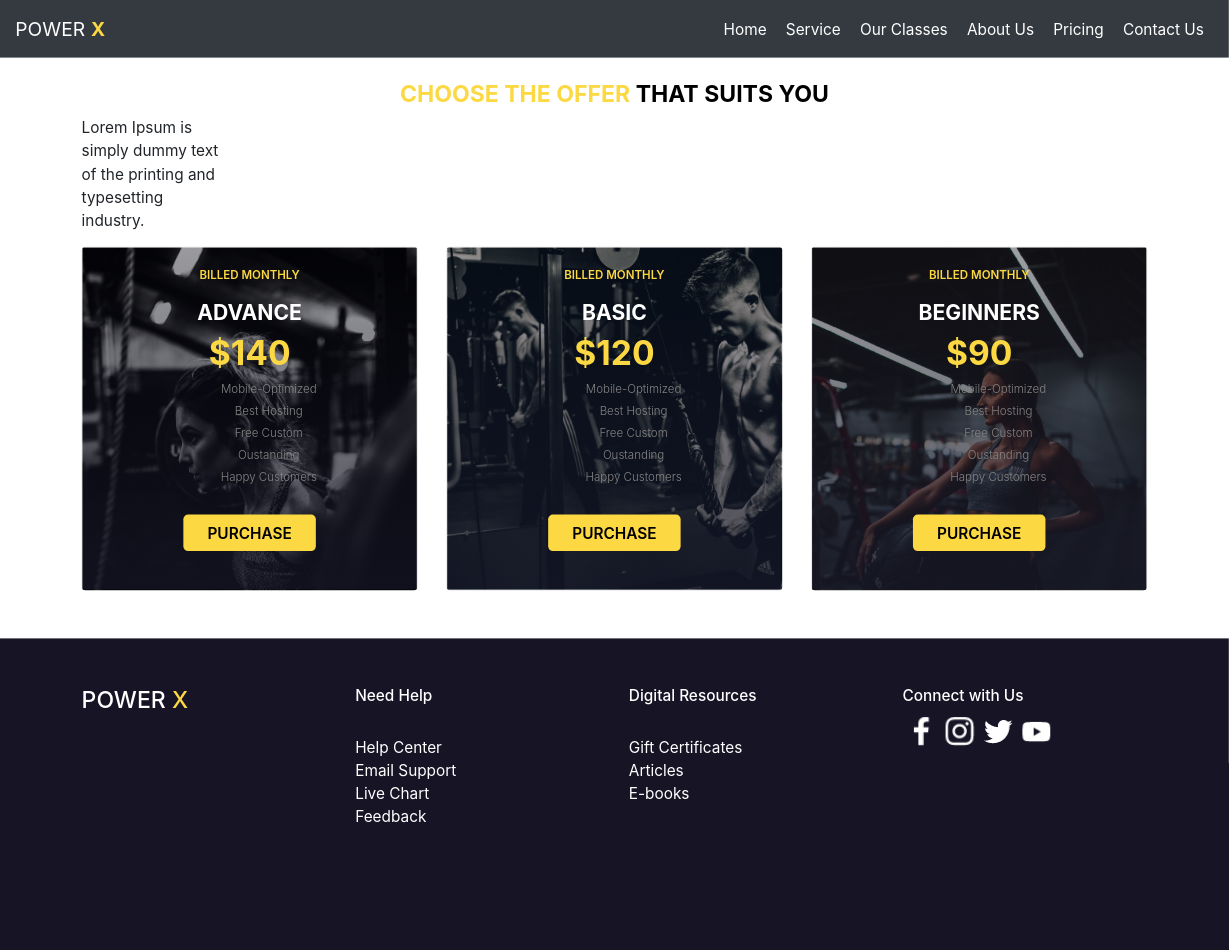
Repository: arif286/power-x-gym
Page: /pricing
An editor plug-in stored every save of this project. The page is shown before and after the next save, followed by the edit.
The browser window is 1280 px wide. The pictures show the whole page, at 96% of full size.
The project was rebuilt for these pictures with package versions that can differ from the ones it lists, and the page was loaded fresh each time. Also part of the build but not shown: src/components/Classes/Classes.js, src/components/About/About.js, src/components/ChooseUs/ChooseUs.js, src/components/Programs/Programs.css, src/components/Programs/Programs.js, src/components/WorkOut/WorkOut.css, src/components/WorkOut/WorkOut.js, src/components/Home/Home.js.

Above is the page before, as saved 2021-04-08 00:08:13.

### src/index.js
import React from 'react';
import ReactDOM from 'react-dom';
import App from './App';
import "./index.css";
import reportWebVitals from './reportWebVitals';
ReactDOM.render(
  <React.StrictMode>
    <App />
  </React.StrictMode>,
  document.getElementById('root')
);

// If you want to start measuring performance in your app, pass a function
// to log results (for example: reportWebVitals(console.log))
// or send to an analytics endpoint. Learn more: https://bit.ly/CRA-vitals
reportWebVitals();

### src/App.js
import "bootstrap/dist/css/bootstrap.min.css";
import React from 'react';
import { BrowserRouter as Router, Route, Switch } from "react-router-dom";
import Classes from "./components/Classes/Classes";
import Footer from "./components/Footer/Footer";
import Header from './components/Header/Header';
import Home from './components/Home/Home';
import PricingPlan from "./components/PricingPlan/PricingPlan";
function App() {
  return (
    <div>
      <Router>
        <Header />
        <Switch>
          <Route path="/home">
            <Home />
          </Route>
          <Route path="/classes">
            <Classes/>
          </Route>
          <Route path='/pricing'>
            <PricingPlan/>
          </Route>
          <Route exact path="/">
            <Home />
          </Route>
        </Switch>
        <Footer />
      </Router>
    </div>
  );
}

export default App;

### src/components/Footer/Footer.js
import React from "react";
import { Col, Container, Row } from "react-bootstrap";
import { NavLink } from "react-router-dom";
import Facebook from "../../power-x-gym/Image & Icon/bxl-facebook.png";
import Instagram from "../../power-x-gym/Image & Icon/bxl-instagram.png";
import Twitter from "../../power-x-gym/Image & Icon/bxl-twitter.png";
import YouTube from "../../power-x-gym/Image & Icon/bxl-youtube.png";
import "./Footer.css";
const Footer = () => {
  return (
    <footer>
      <Container>
        <Row className="footer-title">
          <Col xs={12} sm={6} md={3} className="pb-5">
            <h4 style={{ color: "white" }}>
              POWER <span style={{ color: "#fcd842" }}>X</span>
            </h4>
          </Col>
          <Col xs={12} sm={6} md={3} className="pb-5">
            <h6>Need Help</h6>
            <ul className="footer-link">
              <li>
                <NavLink className="company-list" to="/">
                  Help Center
                </NavLink>
              </li>
              <li>
                <NavLink className="company-list" to="/">
                  {" "}
                  Email Support
                </NavLink>
              </li>
              <li>
                <NavLink className="company-list" to="/">
                  Live Chart
                </NavLink>
              </li>
              <li>
                <NavLink className="company-list" to="/">
                  Feedback
                </NavLink>
              </li>
            </ul>
          </Col>
          <Col xs={12} sm={6} md={3} className="pb-5">
            <h6>Digital Resources</h6>
            <ul className="footer-link">
              <li>
                <NavLink className="company-list" to="/">
                  Gift Certificates
                </NavLink>
              </li>
              <li>
                <NavLink className="company-list" to="/">
                  Articles
                </NavLink>
              </li>
              <li>
                <NavLink className="company-list" to="/">
                  E-books
                </NavLink>
              </li>
            </ul>
          </Col>
          <Col xs={12} sm={6} md={3} className="pb-5">
            <h6>Connect with Us</h6>
            <div className="social-link">
              <p>
                <a href="/">
                  <img className="social-img" src={Facebook} alt="" />
                </a>
              </p>
              <p className="social-link">
                <a href="/">
                  <img className="social-img" src={Instagram} alt="" />
                </a>
              </p>
              <p>
                <a href="/">
                  <img className="social-img" src={Twitter} alt="" />
                </a>
              </p>
              <p>
                <a href="/">
                  <img className="social-img" src={YouTube} alt="" />
                </a>
              </p>
            </div>
          </Col>
        </Row>
      </Container>
    </footer>
  );
};

export default Footer;

### src/components/Header/Header.js
import React from "react";
import { Nav, Navbar } from "react-bootstrap";
import { NavLink } from "react-router-dom";
import './Header.css';
const Header = () => {
  return (
    <div>
      <Navbar bg="dark" variant="dark" expand="lg">
        <Navbar.Brand href="#home">
          POWER
          <span
            style={{ color: "#FCD842", marginLeft: "6px", fontWeight: 700 }}
          >
            X
          </span>
        </Navbar.Brand>
        <Navbar.Toggle aria-controls="basic-navbar-nav" />
        <Navbar.Collapse id="basic-navbar-nav">
          <Nav className="ml-auto">
            <NavLink className="header-link" to="/home">
              Home
            </NavLink>
            <NavLink className="header-link" to="#features">
              Service
            </NavLink>
            <NavLink className="header-link" to="/classes">
              Our Classes
            </NavLink>
            <NavLink className="header-link" to="/features">
              About Us
            </NavLink>
            <NavLink className="header-link" to="/pricing">
              Pricing
            </NavLink>
            <NavLink className="header-link" to="/pricing">
              Contact Us
            </NavLink>
          </Nav>
        </Navbar.Collapse>
      </Navbar>
      <br />
    </div>
  );
};

export default Header;

### src/components/PricingPlan/PricingPlan.js
import React from "react";
import { Card, Col, Container, Row } from "react-bootstrap";
import "./PricingPlan.css";

const PricingPlan = () => {
  return (
    <Container>
      <h4
        style={{
          textTransform: "uppercase",
          fontWeight: 700,
                  color: "#fcd842",
          textAlign:'center'
        }}
      >
        choose the offer <span style={{ color: "black" }}>that suits you</span>
      </h4>
          <p style={{
              display: "inline-block",
          width:'150px'}}>
        Lorem Ipsum is simply dummy text of the printing and typesetting
        industry.
      </p>
      <Row className="row-cols-1 row-cols-sm-3">
        <Col>
          <Card className="advance-plan price-card">
            <Card.Body>
              <p>billed monthly</p>
              <h6>advance</h6>
              <h6 style={{ color: "#fcd842", fontSize: "35px" }}>$140</h6>
              <ul className="price-plan">
                <li>Mobile-Optimized</li>
                <li>Best Hosting</li>
                <li>Free Custom</li>
                <li>Oustanding</li>
                <li>Happy Customers</li>
              </ul>
              <button className="purchase-btn">purchase</button>
            </Card.Body>
          </Card>
        </Col>
        <Col>
          <Card className="basic-plan price-card">
            <Card.Body>
              <p>billed monthly</p>
              <h6>basic</h6>
              <h6 style={{ color: "#fcd842", fontSize: "35px" }}>$120</h6>
              <ul className="price-plan">
                <li>Mobile-Optimized</li>
                <li>Best Hosting</li>
                <li>Free Custom</li>
                <li>Oustanding</li>
                <li>Happy Customers</li>
              </ul>
              <button className="purchase-btn">purchase</button>
            </Card.Body>
          </Card>
        </Col>
        <Col>
          <Card className="beginner-plan price-card">
            <Card.Body>
              <p>billed monthly</p>
              <h6>beginners</h6>
              <h6 style={{ color: "#fcd842", fontSize: "35px" }}>$90</h6>
              <ul className="price-plan">
                <li>Mobile-Optimized</li>
                <li>Best Hosting</li>
                <li>Free Custom</li>
                <li>Oustanding</li>
                <li>Happy Customers</li>
              </ul>
              <button className="purchase-btn">purchase</button>
            </Card.Body>
          </Card>
        </Col>
      </Row>
    </Container>
  );
};

export default PricingPlan;

### src/components/Footer/Footer.css
footer {
  background-color: #171426;
  padding-top: 50px;
  padding-bottom: 80px;
  margin-top: 50px;
}
.footer-link {
  list-style: none;
  display: inline;
}
.company-list {
  text-decoration: none;
  color: white;
}
.company-list:hover {
  color: hotpink;
  text-decoration: none;
}
.social-link {
  display: flex;
}

.social-img {
  width: 30px;
  height: 30px;
  object-fit: contain;
}

.social-link p {
  padding: 5px;
  display: inline;
}

.social-link p a img:hover {
  background-color: #257cc3;
}
.footer-title h6 {
  color: white;
}

### src/components/Header/Header.css
.header-link {
  text-decoration: none !important;
  color: white;
  padding: 10px;
}
.header-link:hover {
  color: gray;
}

### src/components/PricingPlan/PricingPlan.css
.advance-plan {
  background-image: linear-gradient(#0708115e, #151626c4),
    url("../../power-x-gym/Image & Icon/hipcravo-5UbIqV58CW8-unsplash.jpg");
  background-repeat: no-repeat;
  background-size: cover;
}
.basic-plan {
  background-image: linear-gradient(#0708115e, #151626c4),
    url("../../power-x-gym/Image & Icon/daniel-apodaca-WdoQio6HPVA-unsplash.jpg");
  background-repeat: no-repeat;
  background-size: cover;
}
.beginner-plan {
  background-image: linear-gradient(#0708115e, #151626c4),
    url("../../power-x-gym/Image & Icon/penguinuhh-8VI6WwEEEHw-unsplash.jpg");
  background-repeat: no-repeat;
  background-size: cover;
}
.price-card {
  text-align: center;
}
.price-card p {
  color: #fcd842;
  text-transform: uppercase;
  font-size: 12px;
  font-weight: 600;
}

.price-card h6 {
  color: white;
  text-transform: uppercase;
  font-weight: 700;
  font-size: 22px;
}
.price-plan {
  list-style: none;
  margin-bottom: 25px;
  text-align: center;
  overflow: hidden;
}
.price-plan li {
  color: #868484;
  font-size: 12px;
  font-weight: 300;
  padding-bottom: 5px;
}
.purchase-btn {
  outline: none;
  padding: 7px 25px;
  border: none;
  background-color: #fcd842;
  border-radius: 5px;
  text-transform: uppercase;
  font-weight: 600;
  margin-bottom: 20px;
}

Loaded but not shown: public/index.html (common file); src/index.css (common file); src/reportWebVitals.js (common file)

After the next save:
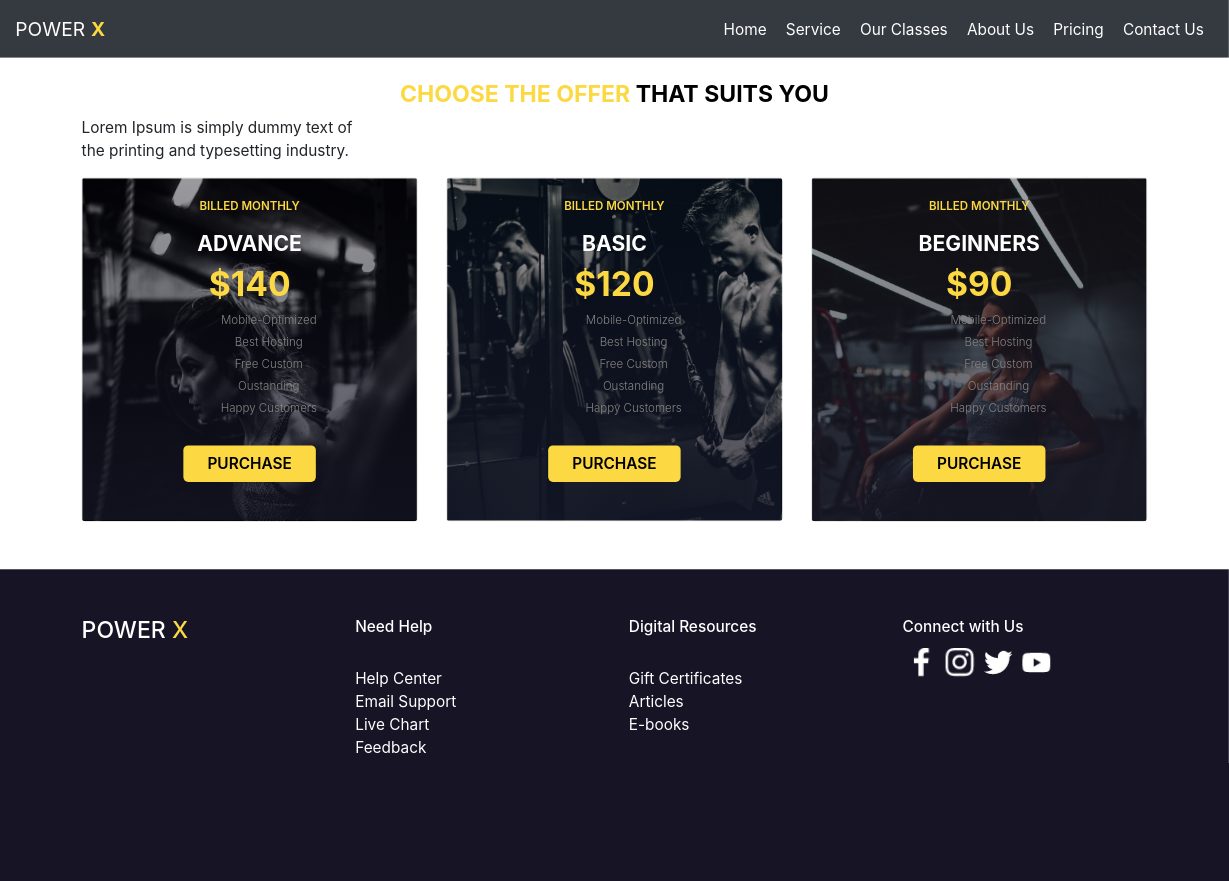
Saved 9 s later.
--- a/src/components/PricingPlan/PricingPlan.js
+++ b/src/components/PricingPlan/PricingPlan.js
@@ -17,7 +17,7 @@ const PricingPlan = () => {
       </h4>
           <p style={{
               display: "inline-block",
-          width:'150px'}}>
+          width:'300px'}}>
         Lorem Ipsum is simply dummy text of the printing and typesetting
         industry.
       </p>
